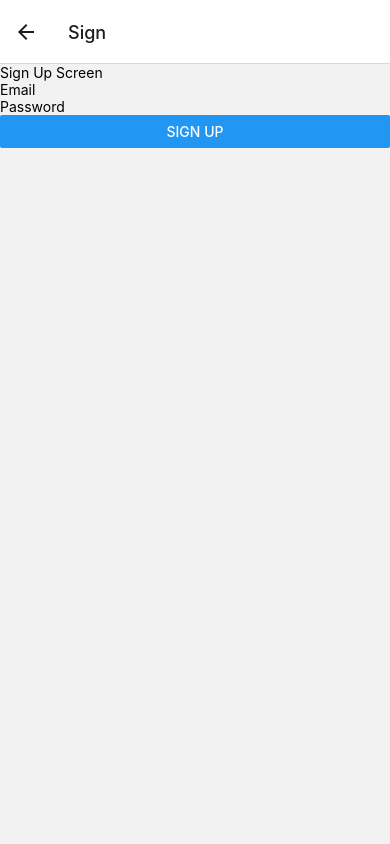
Repository: kgayathridevi/pregband
Screen: /Sign
The author's editor kept a copy of each file at every save. The screen is drawn from the files as they stood at one save, then again after the next save.
The app was drawn by React Native's web renderer in a window 390 px wide. The project was rebuilt for these pictures with package versions that can differ from the ones it lists, and the page was loaded fresh each time. Also part of the build but not shown: component/Home.jsx.

Above is the screen before, as saved 2023-04-28 12:05:53.

After the next save:
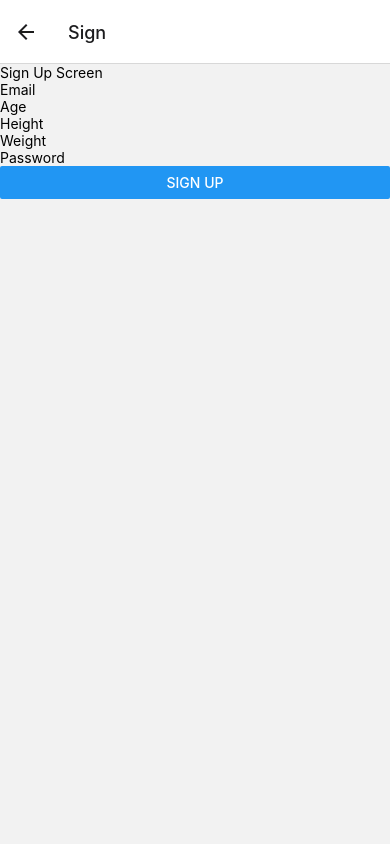
Saved 2 min 41 s later.
--- a/component/SignUpScreen.jsx
+++ b/component/SignUpScreen.jsx
@@ -7,6 +7,9 @@ const SignUpScreen = ({ navigation }) => {
     <View>
       <Text>Sign Up Screen</Text>
       <TextInput placeholder="Email" />
+      <TextInput placeholder="Age" />
+      <TextInput placeholder="Height" />
+      <TextInput placeholder="Weight" />
       <TextInput placeholder="Password" />
       <Button title="Sign Up" onPress={() => navigation.navigate("Log")} />
     </View>
